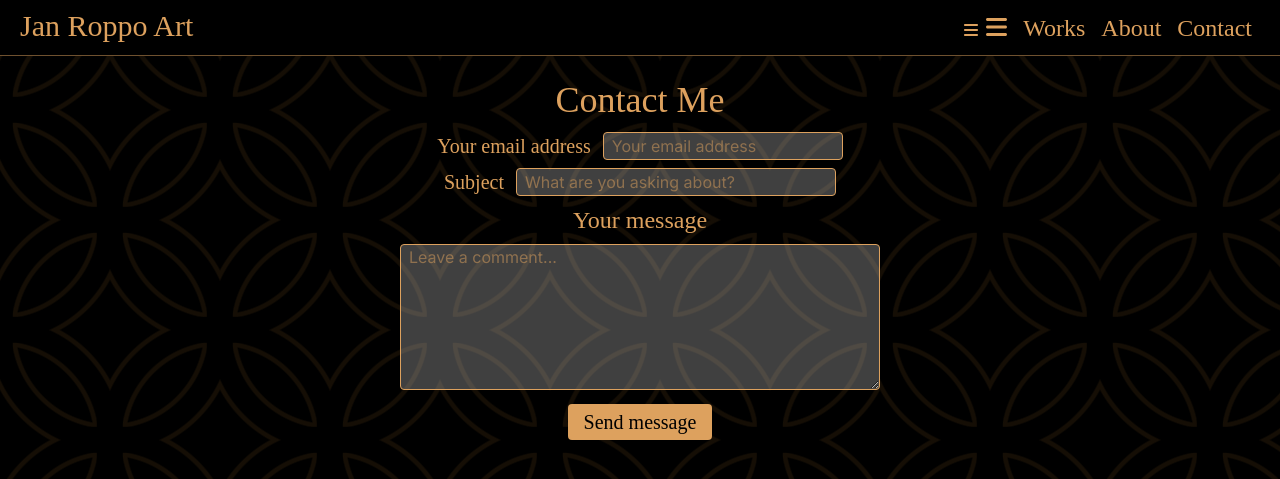
Repository: YanceMcFinn/JRArt
Page: /contact
The author's editor kept a copy of each file at every save. The page is drawn from the files as they stood at one save, then again after the next save.
The browser window is 1280 px wide. The pictures show the whole page.
Some web fonts or font styles are not loaded; a fallback is used. The project was rebuilt for these pictures with package versions that can differ from the ones it lists, and the page was loaded fresh each time. The framework's server and built-in components were replaced by stand-ins that run in the browser. Also part of the build but not shown: next.config.js.

Above is the page before, as saved 2023-10-29 20:03:12.

### app/layout.js
import './globals.css'
import { Inter } from 'next/font/google'

import Navbar from './components/Navbar'

const inter = Inter({ subsets: ['latin'] })

export const metadata = {
  title: 'Jan Roppo Art',
  description: 'The art of Jan Roppo',
}

export default function RootLayout({ children }) {
  return (
    <html lang="en">
      <head>
        <link rel="preconnect" href="https://fonts.googleapis.com" />
        <link rel="preconnect" href="https://fonts.gstatic.com" crossorigin />
        <link href="https://fonts.googleapis.com/css2?family=Macondo+Swash+Caps&display=swap" rel="stylesheet" />
      </head>
      <body className={inter.className}>
        <Navbar />
        {children}
      </body>
    </html>
  )
}

### app/contact/page.jsx
'use client'

import Image from 'next/image'

export default function Contact() {
    return(
        <div className='text-main-color text-center justify-content-center mt-20'>
            <div className='title text-center text-4xl mb-3'>Contact Me</div>
                <form className='md:w-9/12 mx-auto justify-center'>
                    <div className='w-9/12 md:w-6/12 mb-2 flex justify-center mx-auto'>
                        <label for="email" className='pr-3 title text-xl'>Your email address</label>
                        <input type="email" className='rounded w-6/12 px-2 bg-white/25 border border-main-color text-main-color placeholder-main-color/50 focus:border-main-color focus:border-2 focus:outline-none focus:ring-0'id="email" placeholder="Your email address" required/>
                    </div>
                    <div className='w-9/12 md:w-6/12 mb-2 flex justify-center mx-auto'>
                        <label for="subject" className='pr-3 title text-xl'>Subject</label>
                        <input type="text" id="subject" className='rounded w-4/6 px-2 bg-white/25 border border-main-color text-main-color placeholder-main-color/50 focus:border-main-color focus:border-2 focus:outline-none focus:ring-0' placeholder="What are you asking about?" required/>
                    </div>
                    <div className='w-9/12 md:w-6/12 mx-auto'>
                        <label for="message" className='title text-2xl' >Your message</label><br/>
                        <textarea id="message" rows="6" placeholder="Leave a comment..." className='rounded w-full px-2 mt-2 bg-white/25 border border-main-color text-main-color placeholder-main-color/50 focus:border-main-color focus:border-2 focus:outline-none focus:ring-0'></textarea>
                    </div>
          <button type="submit" className='bg-main-color text-black title text-xl rounded px-4 py-1 mt-2'>Send message</button>
      </form>
        </div>
    )
}

### app/globals.css
@tailwind base;
@tailwind components;
@tailwind utilities;

@import url('https://fonts.googleapis.com/css2?family=Macondo+Swash+Caps&display=swap');
/* body {
 background-color: black;
} */


.title {
    font-family: 'Macondo Swash Caps', cursive;
}

html {
    --s: 220px; /* control the size */
    --c1: #150e05;
    --c2: #000000;

    --_g:radial-gradient(#0000 60%,var(--c1) 61% 63%,#0000 64% 77%,var(--c1) 78% 80%,#0000 81%);
    --_c:,#0000 75%,var(--c2) 0;
    background:
      conic-gradient(at 12% 20% var(--_c)) calc(var(--s)* .44) calc(.9*var(--s)),
      conic-gradient(at 12% 20% var(--_c)) calc(var(--s)*-.06) calc(.4*var(--s)),
      conic-gradient(at 20% 12% var(--_c)) calc(.9*var(--s)) calc(var(--s)* .44),
      conic-gradient(at 20% 12% var(--_c)) calc(.4*var(--s)) calc(var(--s)*-.06),
      var(--_g),var(--_g) calc(var(--s)/2) calc(var(--s)/2) var(--c2);
    background-size: var(--s) var(--s);
    background-attachment: fixed;
  }

  .dropdown:hover .dropdown-menu {
    display: block;
  }

### app/components/Navbar.jsx
'use client'

import React from "react";
import { useState, useEffect } from "react";

import { FontAwesomeIcon } from '@fortawesome/react-fontawesome'
import { faBars } from '@fortawesome/free-solid-svg-icons'



const Navbar = () => {
    return(
    <>
    <div className="top-0 w-full z-10 h-14 bg-black px-5 py-2 text-main-color border-b border-b-main-color/50 fixed">
      <div className="float-left title text-3xl">
        <a className="hover:text-white" href="/">Jan Roppo Art</a>
      </div>
      <div className="mt-1 float-right title">
        <ul>

          <li className="dropdown inline-block relative">
            <button>
              <FontAwesomeIcon icon={faBars} />
            </button>
            <ul class="dropdown-menu absolute hidden text-main-color bg-black/50 w-40 pt-1">
              <li><a href="/" className="hover:text-white text-2xl">Works</a></li>
            </ul>

          </li>

        <li className="inline px-2 text-2xl text-main-color">
            <FontAwesomeIcon icon={faBars} />
          </li>
        <li className="inline px-2 text-2xl">
            <a href="/" className="hover:text-white">Works</a>
          </li>
          <li className="inline px-2 text-2xl">
            <a href="/about" className="hover:text-white">About</a>
          </li>
          <li className="inline px-2 text-2xl">
            <a href="/contact" className="hover:text-white">Contact</a>
          </li>
        </ul>
      </div>
    </div>
    </>

    )
}

export default Navbar

### tailwind.config.js
/** @type {import('tailwindcss').Config} */
module.exports = {
  content: [
    './pages/**/*.{js,ts,jsx,tsx,mdx}',
    './components/**/*.{js,ts,jsx,tsx,mdx}',
    './app/**/*.{js,ts,jsx,tsx,mdx}',
  ],
  theme: {
    extend: {
      backgroundImage: {
      },
      colors: {
        'main-color': '#dda15e'
      },
    },
  },
  plugins: [],
}

After the next save:
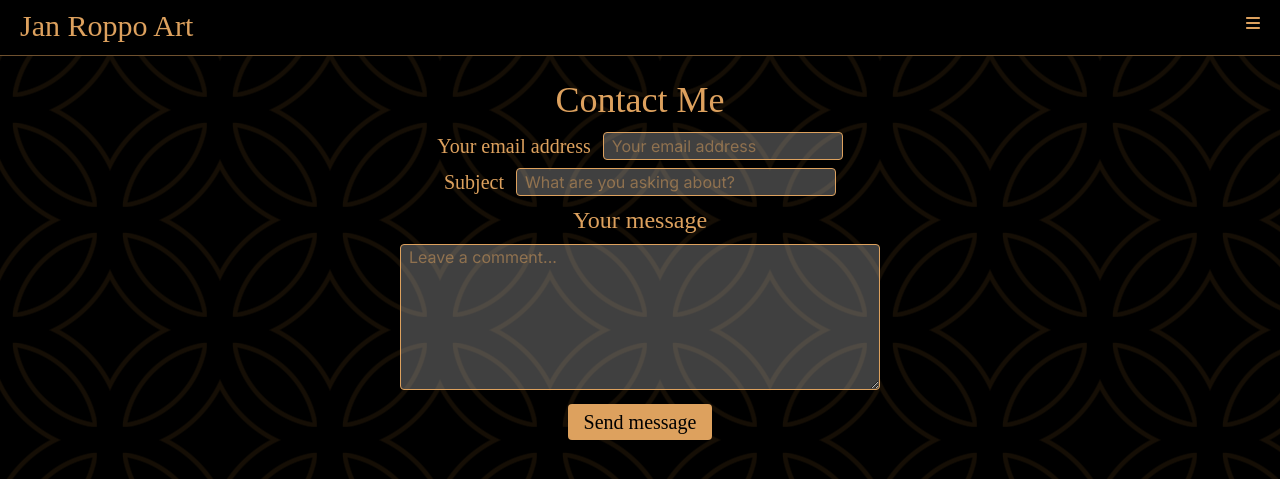
Saved 40 s later.
--- a/app/components/Navbar.jsx
+++ b/app/components/Navbar.jsx
@@ -28,10 +28,7 @@ const Navbar = () => {
 
           </li>
 
-        <li className="inline px-2 text-2xl text-main-color">
-            <FontAwesomeIcon icon={faBars} />
-          </li>
-        <li className="inline px-2 text-2xl">
+          {/* <li className="inline px-2 text-2xl">
             <a href="/" className="hover:text-white">Works</a>
           </li>
           <li className="inline px-2 text-2xl">
@@ -39,7 +36,7 @@ const Navbar = () => {
           </li>
           <li className="inline px-2 text-2xl">
             <a href="/contact" className="hover:text-white">Contact</a>
-          </li>
+          </li> */}
         </ul>
       </div>
     </div>
